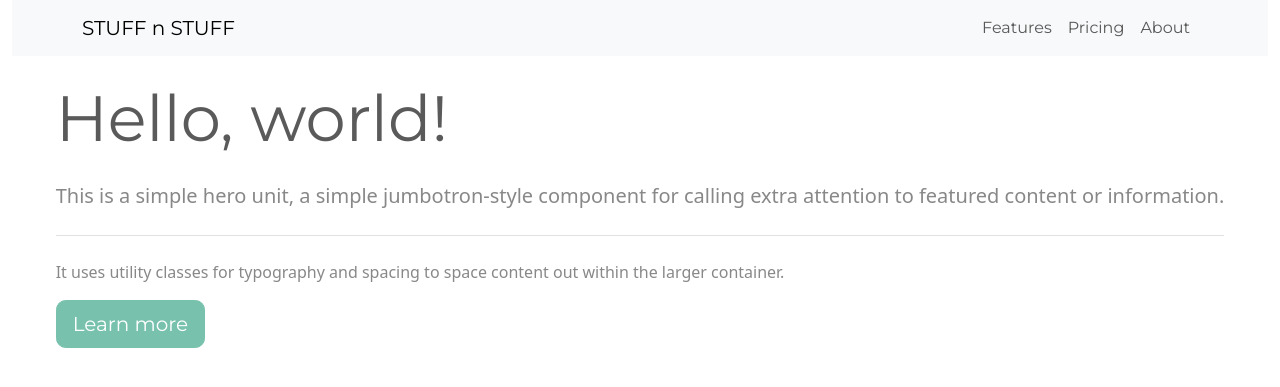
Repository: Aladdin3r/idsp12-marketplace
Page: /
The author's editor kept a copy of each file at every save. The page is drawn from the files as they stood at one save, then again after the next save.
The browser window is 1280 px wide. The pictures show the whole page.
The project was rebuilt for these pictures with package versions that can differ from the ones it lists, and the page was loaded fresh each time. The framework's server and built-in components were replaced by stand-ins that run in the browser. Also part of the build but not shown: next.config.mjs.

Above is the page before, as saved 2024-05-07 14:12:13.

### pages/_app.js
import "@/styles/globals.css";
import "@/styles/bootstrap.min.css";
import { useEffect } from "react";

export default function App({ Component, pageProps }) {
  useEffect(() => {
    require("bootstrap/dist/js/bootstrap.bundle.min.js");
  }, []);
  return <Component {...pageProps} />;
}

### pages/index.js
import Head from "next/head";
import styles from "@/styles/Home.module.css";

export default function Home() {
  return (
    <>
      <Head>
        <title>Stuff n Stuff</title>
        <meta name="description" content="The modern and safe marketplace to earn your trust and connect with real people." />
        <meta name="viewport" content="width=device-width, initial-scale=1" />
        <link rel="icon" href="/stuffnstuff_footer.webp" />
      </Head>
      <main className={`${styles.main}`}>

        <div className="container-fluid">
          <nav class="navbar navbar-expand-lg bg-light" data-bs-theme="light">
            <div class="container">
              <a class="navbar-brand" href="#">STUFF n STUFF</a>
              <button class="navbar-toggler" type="button" data-bs-toggle="collapse" data-bs-target="#navbarColor03" aria-controls="navbarColor03" aria-expanded="false" aria-label="Toggle navigation">
                <span class="navbar-toggler-icon"></span>
              </button>
              <div class="collapse navbar-collapse" id="navbarColor03">
                <ul class="navbar-nav ms-auto">
                  <li class="nav-item">
                    <a class="nav-link" href="#">Features</a>
                  </li>
                  <li class="nav-item">
                    <a class="nav-link" href="#">Pricing</a>
                  </li>
                  <li class="nav-item">
                    <a class="nav-link" href="#">About</a>
                  </li>
                </ul>
              </div>
            </div>
          </nav>
        </div>

        <div class="jumbotron">
          <h1 class="display-3 my-4">Hello, world!</h1>
          <p class="lead">This is a simple hero unit, a simple jumbotron-style component for calling extra attention to featured content or information.</p>
          <hr class="my-4"/>
          <p>It uses utility classes for typography and spacing to space content out within the larger container.</p>
          <p class="lead">
            <a class="btn btn-primary btn-lg" href="#" role="button">Learn more</a>
          </p>
        </div>
      </main>
    </>
  );
}

### styles/globals.css
:root {

}

### styles/Home.module.css
.main {
  display: flex;
  flex-direction: column;
  justify-content: space-between;
  align-items: center;
  min-height: 25vh;
}

Loaded but not shown: pages/_document.js (common file); styles/bootstrap.min.css (library)

After the next save:
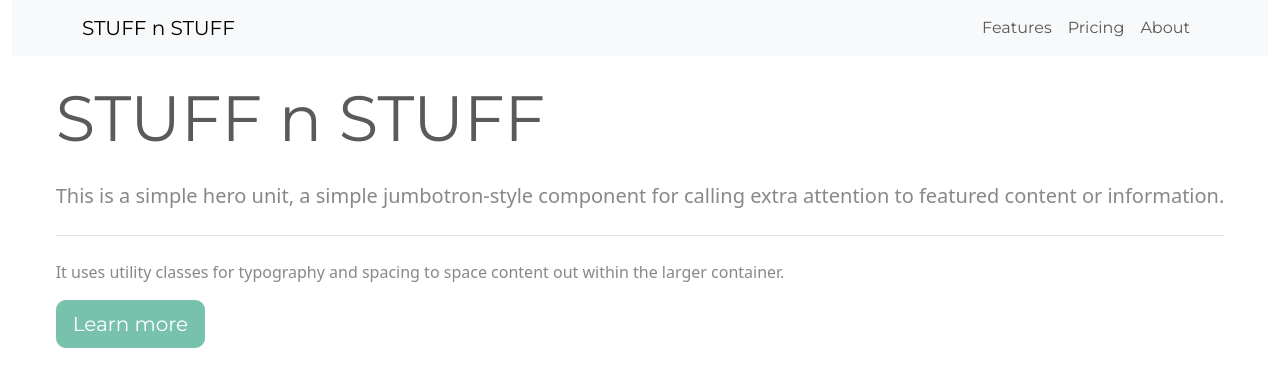
Saved 64 s later.
--- a/pages/index.js
+++ b/pages/index.js
@@ -37,7 +37,7 @@
         </div>
 
         <div class="jumbotron">
-          <h1 class="display-3 my-4">Hello, world!</h1>
+          <h1 class="display-3 my-4">STUFF n STUFF</h1>
           <p class="lead">This is a simple hero unit, a simple jumbotron-style component for calling extra attention to featured content or information.</p>
           <hr class="my-4"/>
           <p>It uses utility classes for typography and spacing to space content out within the larger container.</p>
